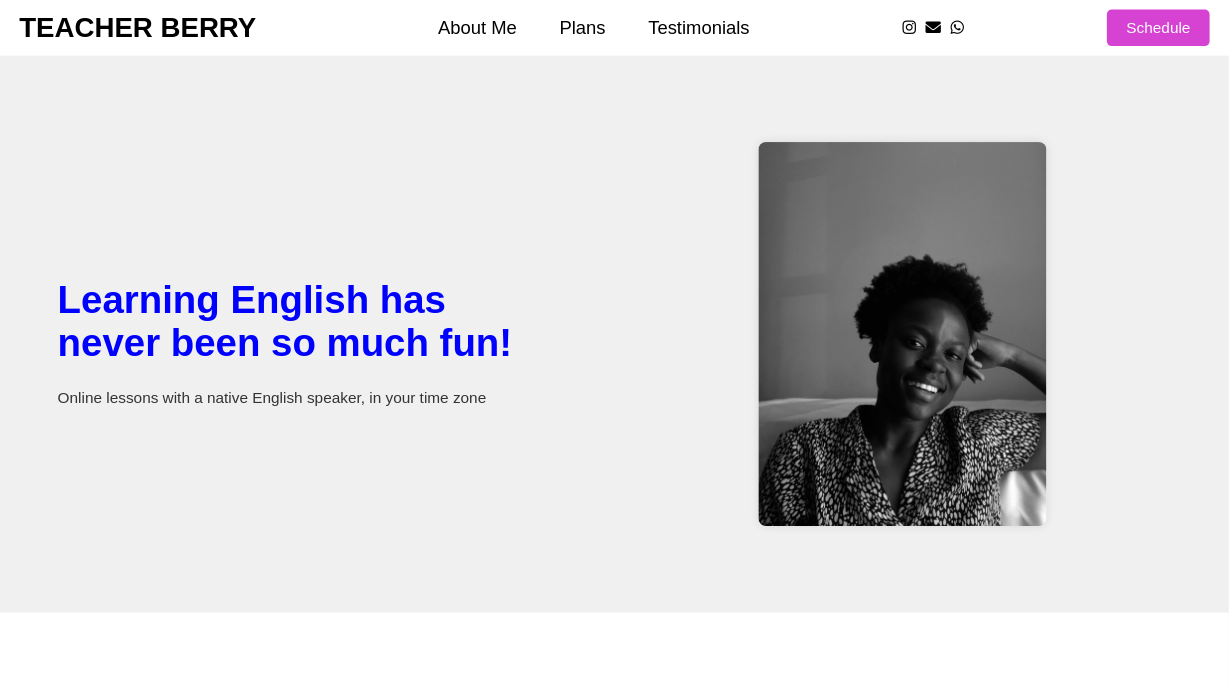
Repository: ntandomagana/esl-landing-page
Page: index.html
These files come from the project's save history. The page is drawn as it stood at one moment and after the next save; the edit follows.
The browser window is 1280 px wide. The pictures show the whole page, at 96% of full size.

Above is the page before, as saved 2024-07-16 23:32:11.

After the next save:
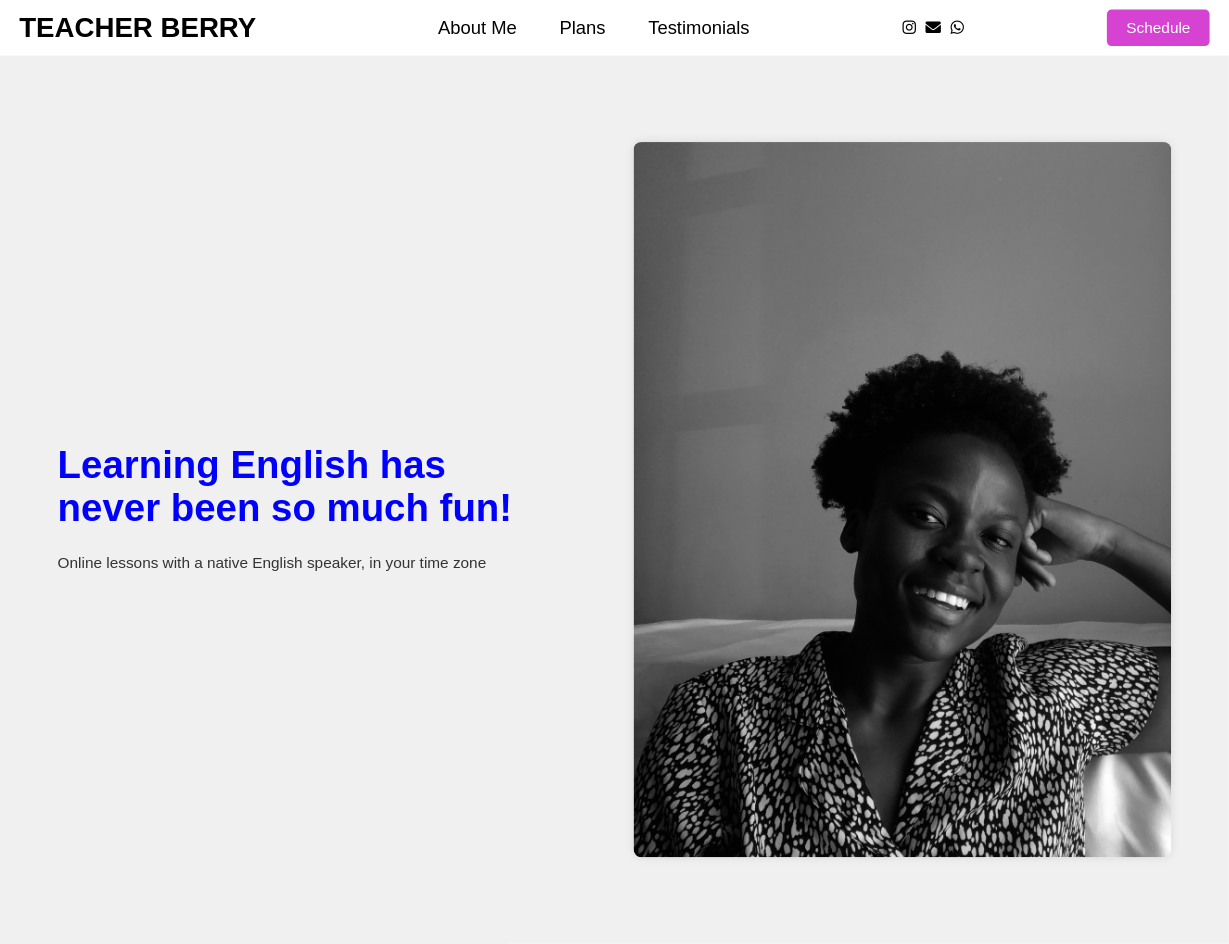
Saved 12 s later.
--- a/index.css
+++ b/index.css
@@ -120,7 +120,7 @@ nav ul li a {
 .right-content img {
     max-width: 100%;
     height: auto;
-    max-height: 400px; /* Example maximum height, adjust as needed */
+    max-height: 800px; /* Example maximum height, adjust as needed */
     border-radius: 8px;
     box-shadow: 0 0 10px rgba(0, 0, 0, 0.1); /* Optional: Adds a subtle shadow */
 }
